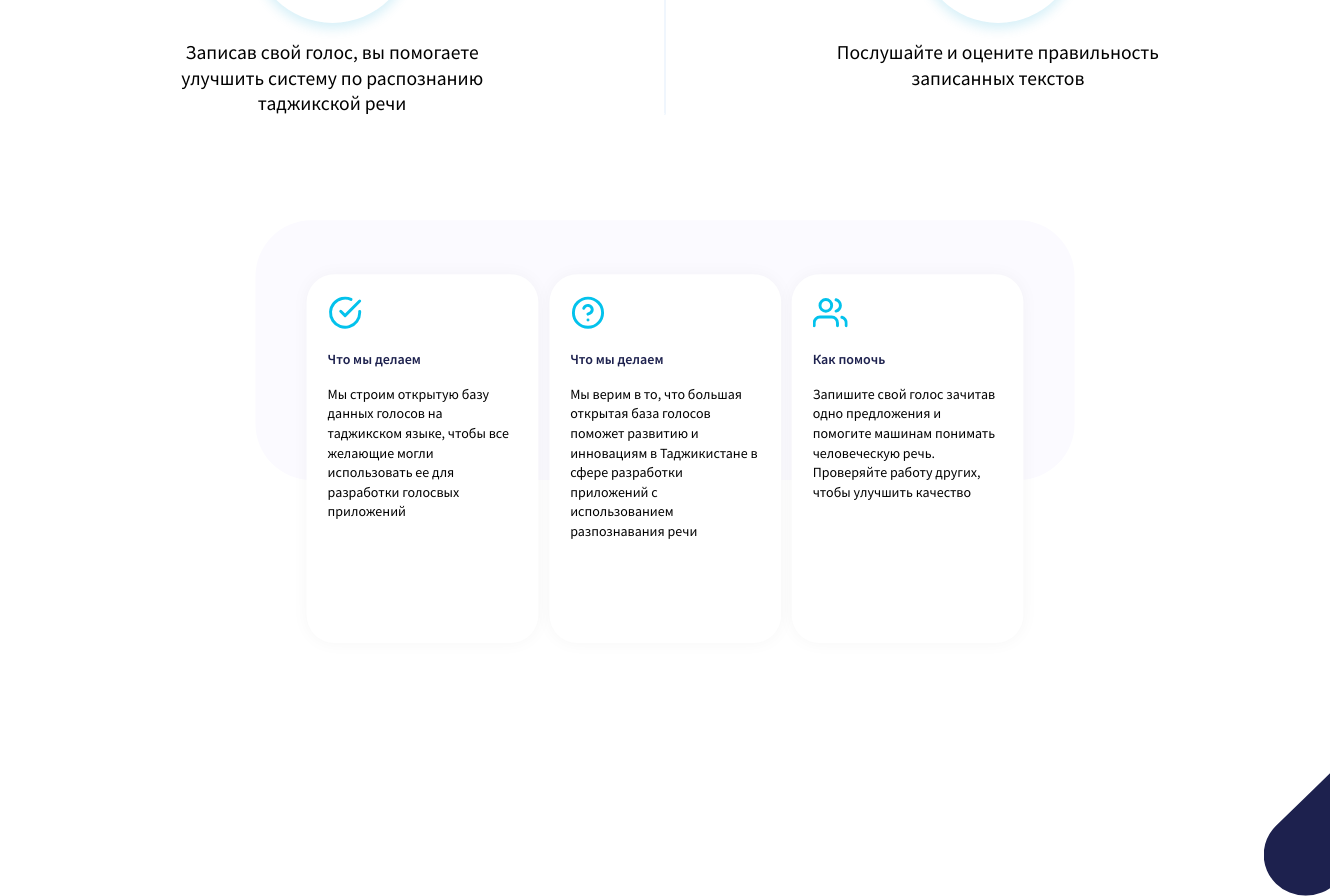
Repository: Amin444/Paymona-Sadp
Page: index.html
An editor plug-in stored every save of this project. The page is shown before and after the next save, followed by the edit.
The browser window is 1280 px wide. The page is 1900 px wide, so the pictures cover 1900 px, including what lies to the right of the window. The pictures show the part of the page from y = 684 to 1964 px (the page is 1964 px tall before and 1914 px after), at 70% of full size.

Above is the page before, as saved 2021-11-11 17:59:24.

After the next save:
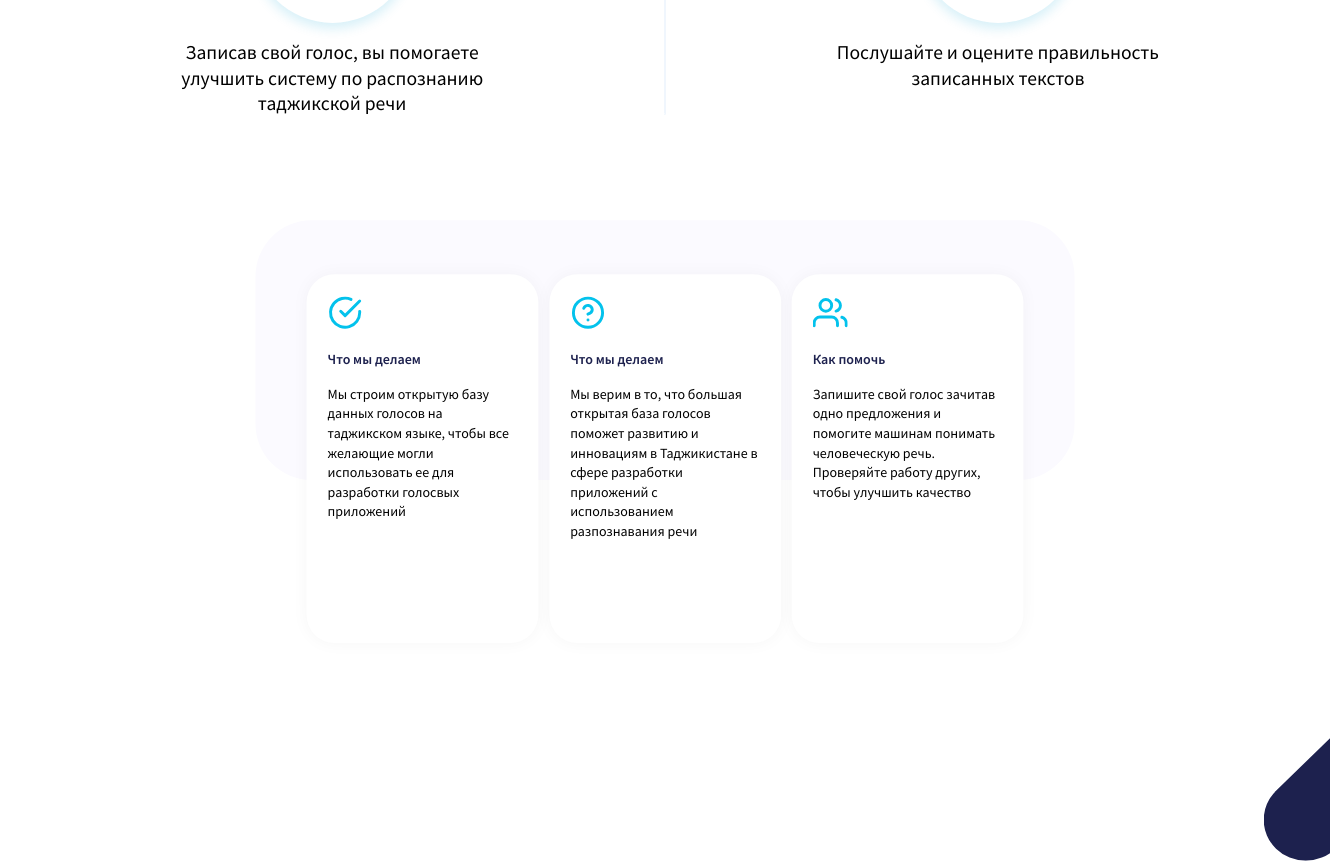
Saved 17 s later.
--- a/style.css
+++ b/style.css
@@ -182,7 +182,7 @@ hr{
 }
 .qwe{
   position: absolute;
-  top: 600px;
+  top: 550px;
   right: 0;
   transform: rotate(180deg);
 }
